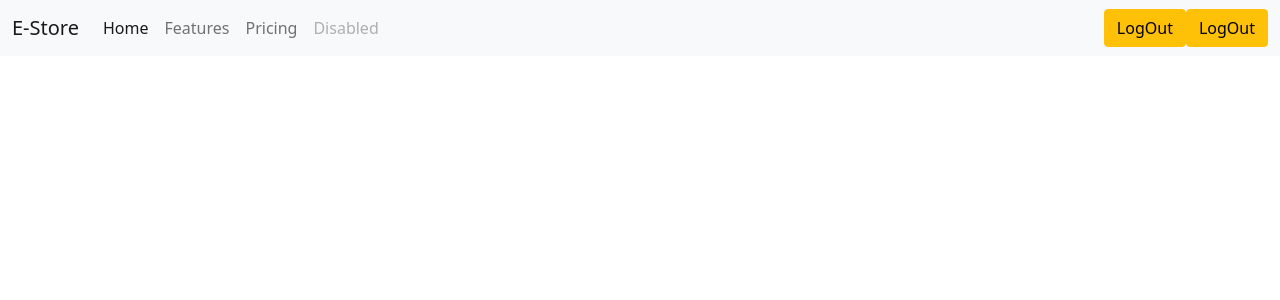
Repository: mariamkhaledsapra/E-Commerce-main
Page: /
An editor plug-in stored every save of this project. The page is shown before and after the next save, followed by the edit.
The browser window is 1280 px wide. The pictures show the whole page.
The project was rebuilt for these pictures with package versions that can differ from the ones it lists, and the page was loaded fresh each time. Also part of the build but not shown: src/index.css, src/App.css, src/components/Login.jsx.

Above is the page before, as saved 2024-02-13 22:24:59.

### public/index.html
<!DOCTYPE html>
<html lang="en">
  <head>
    <meta charset="utf-8" />
    <link rel="icon" href="%PUBLIC_URL%/favicon.ico" />
    <meta name="viewport" content="width=device-width, initial-scale=1" />
    <meta name="theme-color" content="#000000" />
    <meta
      name="description"
      content="Web site created using create-react-app"
    />
    <link href="https://cdn.jsdelivr.net/npm/bootstrap@5.1.3/dist/css/bootstrap.min.css" rel="stylesheet" integrity="sha384-1BmE4kWBq78iYhFldvKuhfTAU6auU8tT94WrHftjDbrCEXSU1oBoqyl2QvZ6jIW3" crossorigin="anonymous">

    <title>React App</title>
  </head>
  <body>
    <div id="root"></div>
    <script src="https://cdn.jsdelivr.net/npm/bootstrap@5.1.3/dist/js/bootstrap.bundle.min.js" integrity="sha384-ka7Sk0Gln4gmtz2MlQnikT1wXgYsOg+OMhuP+IlRH9sENBO0LRn5q+8nbTov4+1p" crossorigin="anonymous"></script>

  </body>
</html>

### src/index.js
import React from "react";
import ReactDOM from "react-dom/client";
import "./index.css";
import App from "./App";
import reportWebVitals from "./reportWebVitals";
import { createBrowserRouter, RouterProvider } from "react-router-dom";
import Login from "./components/Login";
import Navbar from "./components/Navbar";

const Routes = createBrowserRouter([
  {
    path: "/",
    element: <App />,
  },
  {
    path: "/login",
    element: <Login />,
  },
]);

const root = ReactDOM.createRoot(document.getElementById("root"));
root.render(
  <RouterProvider router={Routes}>
    <App />
  </RouterProvider>
);

reportWebVitals();

### src/App.js
import logo from './logo.svg';
import './App.css';
import Navbar from './components/Navbar';
import { Outlet } from 'react-router-dom';

function App() {
  return (
    <div className="bg-info h-100">
      <Navbar/>
    </div>
  );
}

export default App;

### src/components/Navbar.jsx
import React from 'react'

const Navbar = () => {
  return (
    <nav className="navbar navbar-expand-lg navbar-light bg-light">
    <div className="container-fluid">
      <a className="navbar-brand" href="#">E-Store</a>
      <button className="navbar-toggler" type="button" data-bs-toggle="collapse" data-bs-target="#navbarNavAltMarkup" aria-controls="navbarNavAltMarkup" aria-expanded="false" aria-label="Toggle navigation">
        <span className="navbar-toggler-icon"></span>
      </button>
      <div className="collapse navbar-collapse" id="navbarNavAltMarkup">
        <div className="navbar-nav">
          <a className="nav-link active" aria-current="page" href="#">Home</a>
          <a className="nav-link" href="#">Features</a>
          <a className="nav-link" href="#">Pricing</a>
          <a className="nav-link disabled">Disabled</a>
        </div>
      </div>
      <button className="btn btn-warning">LogOut</button>
      <button className="btn btn-warning">LogOut</button>
    </div>
  </nav>
  )
}

export default Navbar

Loaded but not shown: src/reportWebVitals.js (common file)

After the next save:
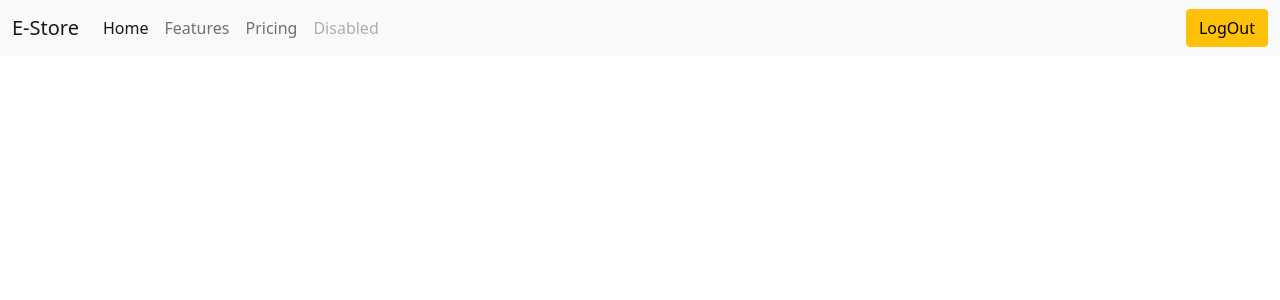
Saved 5 s later.
--- a/src/components/Navbar.jsx
+++ b/src/components/Navbar.jsx
@@ -16,7 +16,7 @@ const Navbar = () => {
           <a className="nav-link disabled">Disabled</a>
         </div>
       </div>
-      <button className="btn btn-warning">LogOut</button>
+
       <button className="btn btn-warning">LogOut</button>
     </div>
   </nav>
